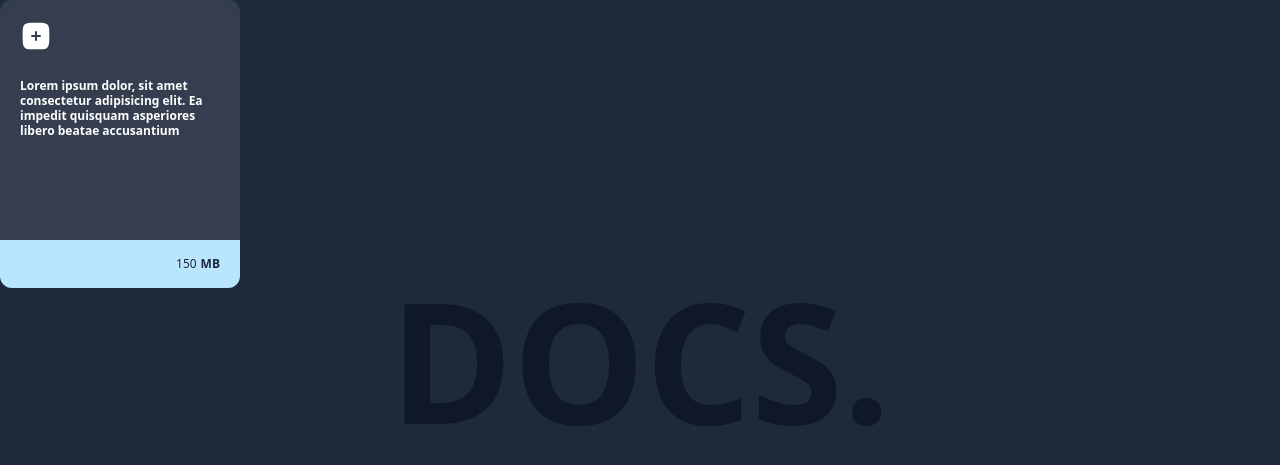
Repository: aliakbarmotallebi/framer-react
Page: /
The author's editor kept a copy of each file at every save. The page is drawn from the files as they stood at one save, then again after the next save.
The browser window is 1280 px wide. The pictures show the whole page.
The project was rebuilt for these pictures with package versions that can differ from the ones it lists, and the page was loaded fresh each time.

Above is the page before, as saved 2024-08-14 22:41:40.

After the next save:
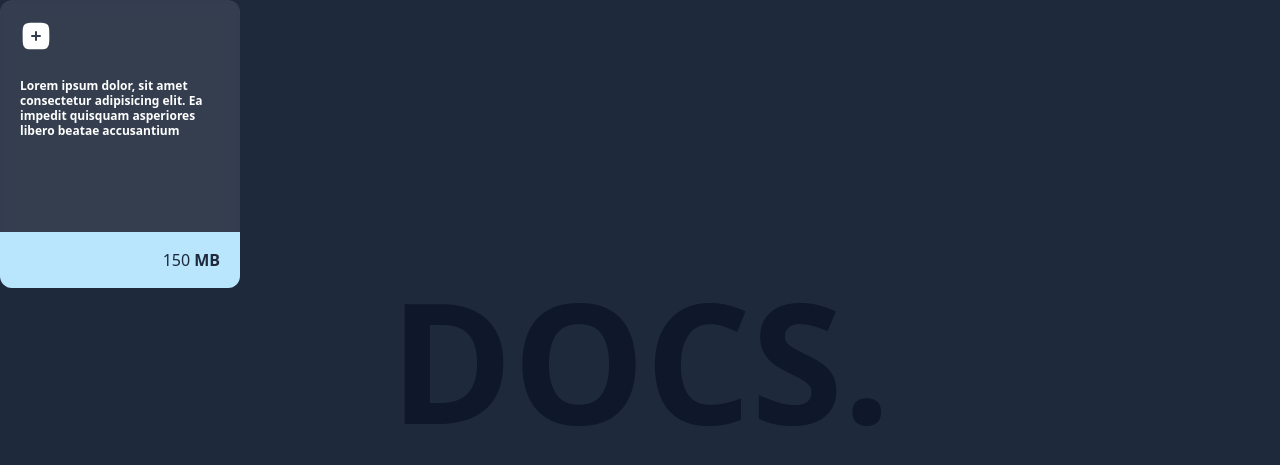
Saved 12 s later.
--- a/src/components/Card.jsx
+++ b/src/components/Card.jsx
@@ -14,7 +14,7 @@ class Card extends Component {
                 <div className="footer absolute bottom-0 bg-sky-200 w-full py-2 left-0">
                     <button className="text-sky-900 p-2 font-medium w-full">
                         <div className="flex justify-between items-center w-full px-2">
-                            <h5 className="text-slate-800 text-xs ml-auto">
+                            <h5 className="text-slate-800 ml-auto">
                                 150
                                 <span className="font-bold px-1">
                                     MB
